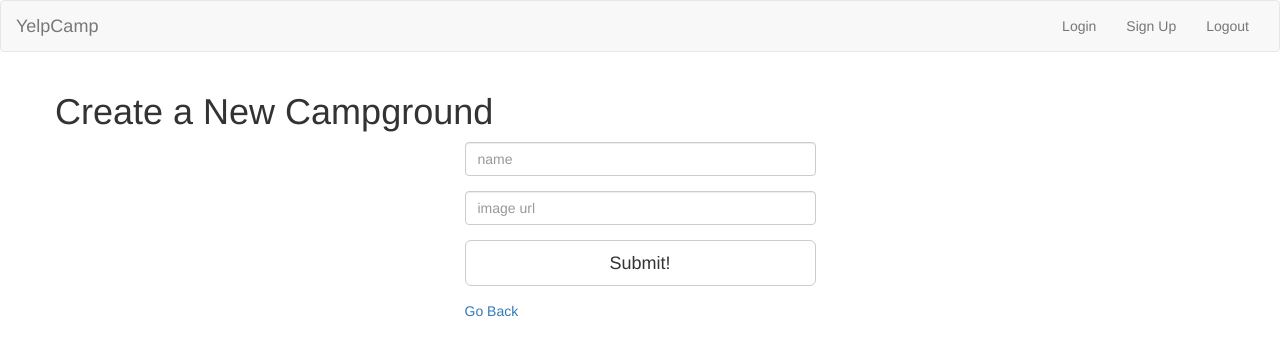
Repository: marriotts/webdevboot
Page: http://localhost/campgrounds/new
The author's editor kept a record of every edit. The page is drawn from the files as they stood at one moment, then again after the next edit.
The browser window is 1280 px wide. The pictures show the whole page.
The page is served by the project's Node server (YelpCamp/v1/app.js).

Above is the page before.

After the next edit:
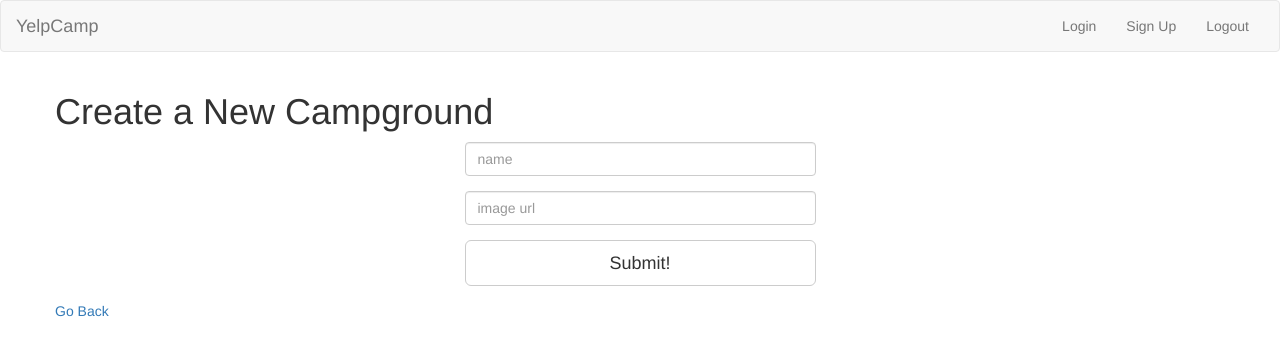
The edit:
--- a/YelpCamp/v1/views/new.ejs
+++ b/YelpCamp/v1/views/new.ejs
@@ -11,7 +11,8 @@
                     <input class="form-control" type="text" name="image" placeholder="image url">
                 </div>
                 <div class="form-group">
-                <button class="btn btn-lg btn-default btn-block">Submit!</button>
+                    <button class="btn btn-lg btn-default btn-block">Submit!</button>
+                </div>
             </form>
         </div>
 
